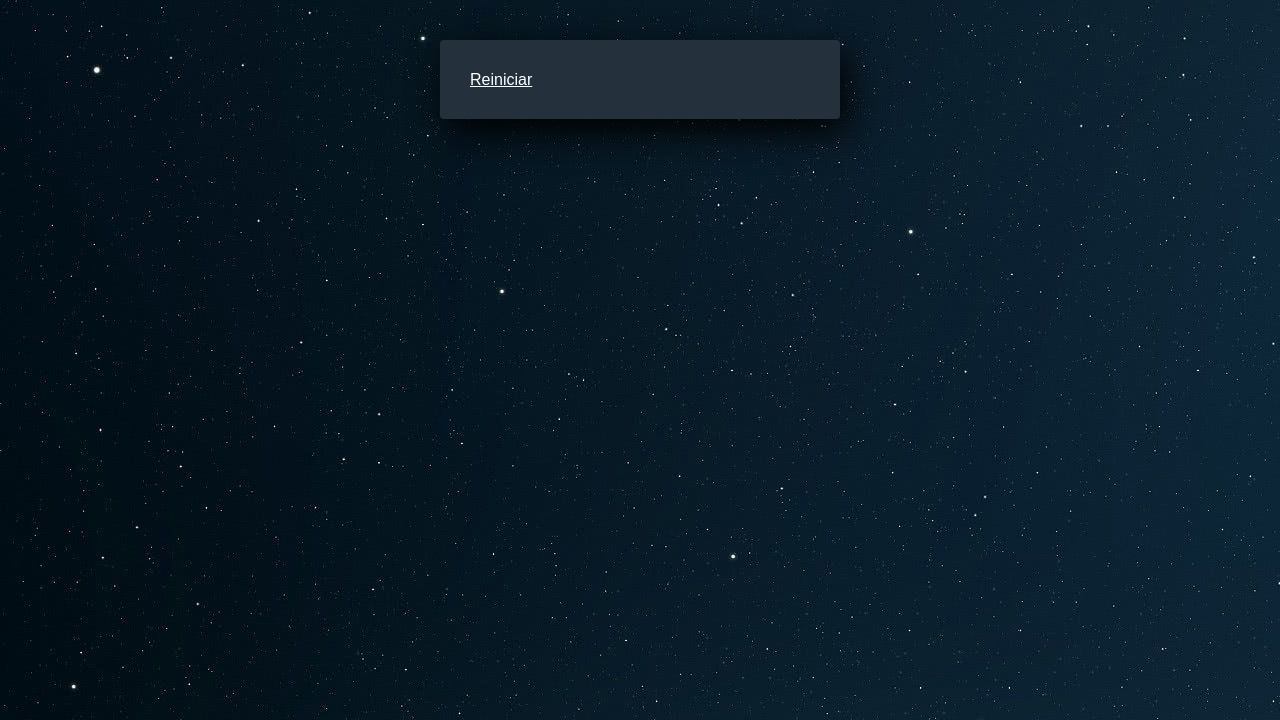
Repository: AndoresuDevs/Diplomado-Java-EE-
Page: http://localhost/Libreria_v01/Errores.jsp
These files come from the project's save history. The page is drawn as it stood at one moment and after the next save; the edit follows.
The browser window is 1280 px wide. The pictures show the whole page.
The page is served by Tomcat 9. Nobody is signed in. The application's start-up code is not run. Other server files are loaded and not shown.

Above is the page before, as saved 2021-12-01 18:22:19.

### Libreria v01/src/main/webapp/Errores.jsp
<%@ page language="java" contentType="text/html; charset=ISO-8859-1"
    pageEncoding="ISO-8859-1"%>
<!DOCTYPE html>
<html>
	<head>
		<meta charset="ISO-8859-1">
		<title>Error</title>
		<link rel="stylesheet" href="css/formularios.css">
	</head>
	<body background="img/formulario.jpg">
			<div class=formulario>



			<a href="MostrarLibros.jsp">Reiniciar</a>
			</div>
	</body>
</html>

### Libreria v01/src/main/webapp/css/formularios.css
@charset "ISO-8859-1";




* {
	margin: 0;
	padding: 0;
	box-sizing: border-box;
	font-family: 'Montserrat Alternates', sans-serif;
}

.inputs{
	width:100%;
	background:#24303c;
	padding:10px;
	border-radius:4px;
	margin-bottom:15px;
	border: 1px solid #1f53c5;
	font-size:18px;
	color:white;
}


.formulario{
	width:400px;
	background:#24303c;
	padding:30px;
	margin: auto;
	margin-top: 40px;
	margin-bottom: 50px;
	border-radius:4px;
	font-family:'roboto';
	color:white;
	box-shadow:7px 13px 37px #000;

}

h1{
	font-size:22px;
	margin-bottom:20px;

}

.txt{
	height:40px;
	font-size:20px;
	color: white;
}

.boton{
	width:100%;
	background:#1f53c5;
	border: none;
	padding:12px;
	color:white;
	margin: 16px 0;
	font-size:16px;
}

.navegar{
	color:white;
	text-align:center;
	margin-left: auto;
	margin-right: auto;
}

a{
	color:white;
}

/*ESTILO DEL SELECT*/
.content-input input,
.content-select select{
	appearance: none;
	-webkit-appearance: none;
	-moz-appearance: none;
}

.content-select select{
	appearance: none;
	-webkit-appearance: none;
	-moz-appearance: none;

}/* Eliminamos la fecha que por defecto aparece en el desplegable */
.content-select select::-ms-expand {
    display: none;
}

.content-select select{
	width: 100%;
	background:#24303c;
	padding: 10px;
	border-radius:4px;
	margin-bottom:15px;
	margin-right:15px;
	cursor: pointer;
  	border: 1px solid #1f53c5;
	color: white;
	font-size: 18px;
    transition: all 0.25s ease;
}

.content-select select:hover{
	background: #1f53c5;
}

After the next save:
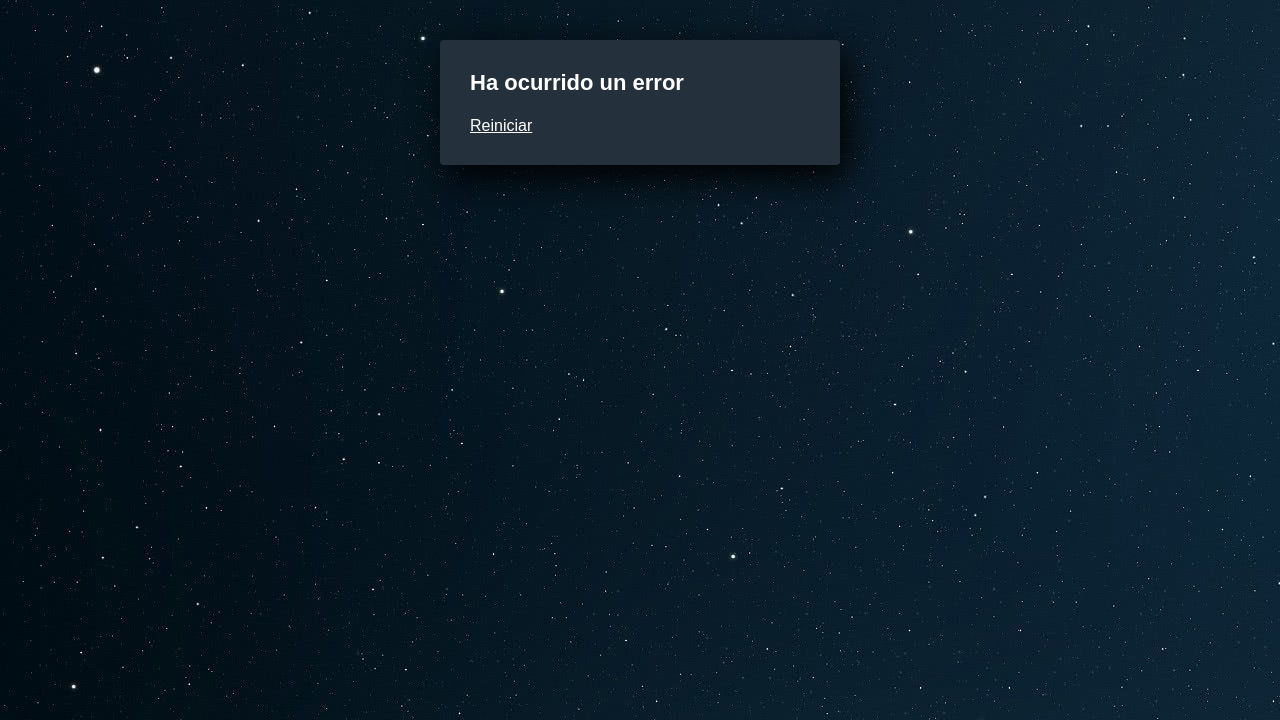
Saved 32 s later.
--- a/Libreria v01/src/main/webapp/Errores.jsp
+++ b/Libreria v01/src/main/webapp/Errores.jsp
@@ -9,6 +9,7 @@
 	</head>
 	<body background="img/formulario.jpg">
 			<div class=formulario>
+			<h1>Ha ocurrido un error</h1>
 
 
 
